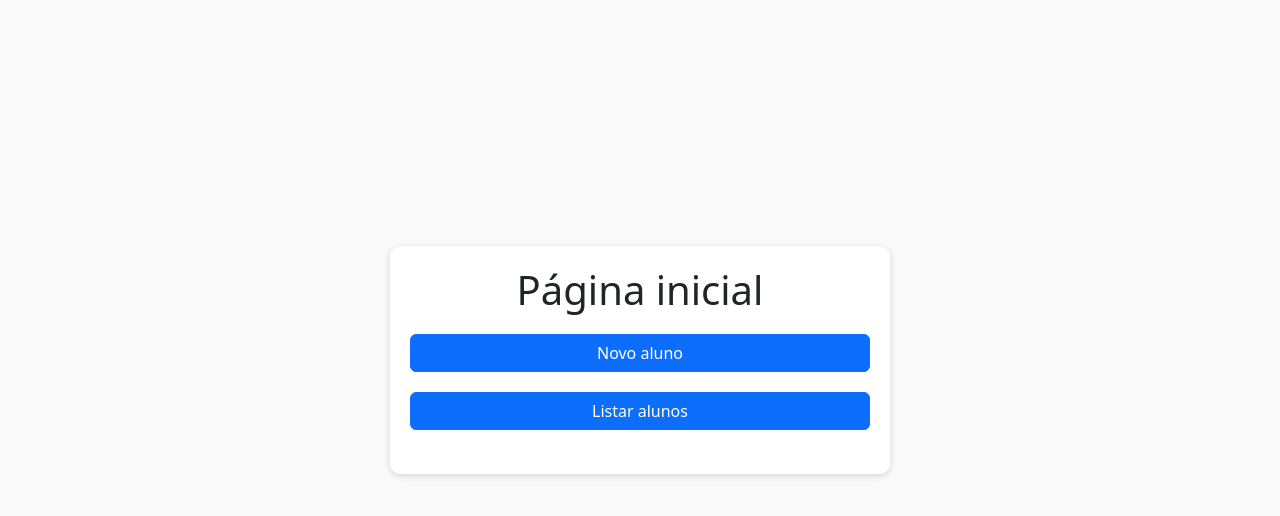
Repository: juliatbarbosa/CRUD-ALUNOS
Page: http://localhost/OlaMundo/alunos/cadastro/index.jsp
The author's editor kept a copy of each file at every save. The page is drawn from the files as they stood at one save, then again after the next save.
The browser window is 1280 px wide. The pictures show the whole page.
The page is served by Tomcat 9. Other server files are loaded and not shown.

Above is the page before, as saved 2024-09-29 21:49:36.

### OlaMundo/src/main/webapp/alunos/cadastro/index.jsp
<%@page import="org.alunos.AlunoDAO"%>
<%@ page language="java" contentType="text/html; charset=ISO-8859-1"
    pageEncoding="ISO-8859-1"%>
<!DOCTYPE html>
<html>
<head>
<meta charset="ISO-8859-1">
<title>Página inicial</title>

<link href="https://cdn.jsdelivr.net/npm/bootstrap@5.3.3/dist/css/bootstrap.min.css" rel="stylesheet" integrity="sha384-QWTKZyjpPEjISv5WaRU9OFeRpok6YctnYmDr5pNlyT2bRjXh0JMhjY6hW+ALEwIH" crossorigin="anonymous">
<link href="https://cdn.jsdelivr.net/npm/bootstrap-icons/font/bootstrap-icons.css" rel="stylesheet">

<style>
body {
		display: flex;
		justify-content: center;
		align-items: center;
		height: 100vh;
		background-color: #f9f9f9;

	}

	.conteudoTela {
	background-color: white;
	padding: 20px;
	border-radius: 10px;
	box-shadow: 0 2px 6px 0px rgba(0, 0, 0, 0.15);

	width: 500px
	}

	h1 {
	margin-bottom:20px;
	text-align: center;
	}


	button a {
	text-decoration: none;
	color: white;
}
	.botoes {
    display: flex;
    flex-direction: column;
	gap: 20px;
	}

</style>
</head>
<body>

	<div class="conteudoTela">

	<h1>Página inicial</h1>

	<div class="botoes">
			<button type="button" class="btn btn-primary">
				<a href="formulario.jsp?id=0">Novo aluno</a>
			</button>
			<button type="button" class="btn btn-primary">
				<a href="listar.jsp">Listar alunos</a>
			</button>

		</div>
	<br/>

	</div>

	<%


	//AlunoDAO dao = new AlunoDAO();
	//dao.criarTabela();
	%>

	<script src="https://cdn.jsdelivr.net/npm/bootstrap@5.3.3/dist/js/bootstrap.bundle.min.js" integrity="sha384-YvpcrYf0tY3lHB60NNkmXc5s9fDVZLESaAA55NDzOxhy9GkcIdslK1eN7N6jIeHz" crossorigin="anonymous"></script>
</body>
</html>

After the next save:
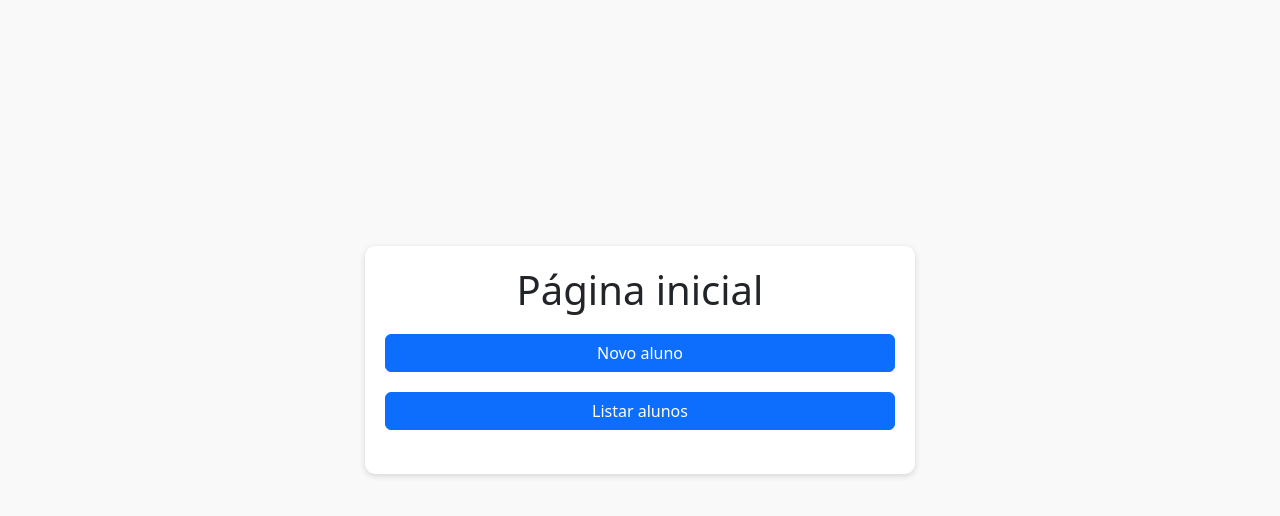
Saved 29 s later.
--- a/OlaMundo/src/main/webapp/alunos/cadastro/index.jsp
+++ b/OlaMundo/src/main/webapp/alunos/cadastro/index.jsp
@@ -26,7 +26,7 @@ body {
 	border-radius: 10px;
 	box-shadow: 0 2px 6px 0px rgba(0, 0, 0, 0.15);
 
-	width: 500px
+	width: 550px
 	}
 
 	h1 {
